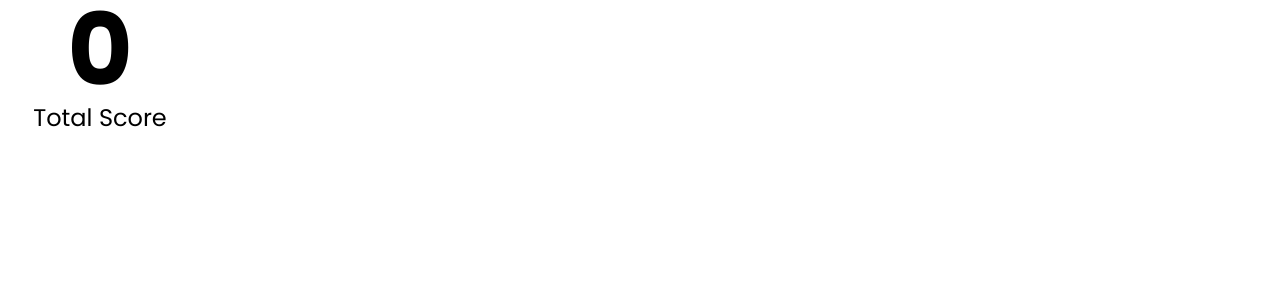
Repository: Wahid137/react-project-three
Page: /, after clicking the first element matching `button.sc-bRKDuR`
An editor plug-in stored every save of this project. The page is shown before and after the next save, followed by the edit.
The browser window is 1280 px wide. The pictures show the whole page.
The project was rebuilt for these pictures with package versions that can differ from the ones it lists, and the page was loaded fresh each time. Also part of the build but not shown: vite.config.js.

Above is the page before, as saved 2023-08-26 12:49:57.

After the next save:
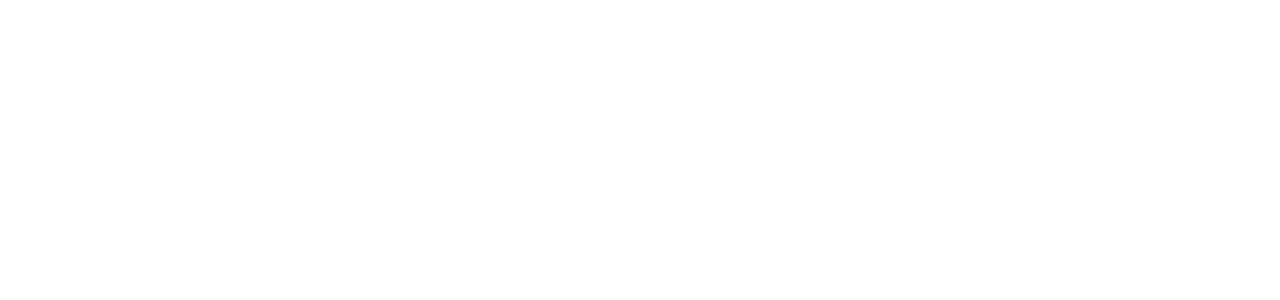
Console error: ReferenceError: myPropTypes is not defined
Saved 28 s later.
--- a/src/components/StartGame.jsx
+++ b/src/components/StartGame.jsx
@@ -17,7 +17,6 @@
   );
 };
 StartGame.propTypes = myPropTypes;
-var myPropTypes;
 
 export default StartGame;
 

After the save that followed:
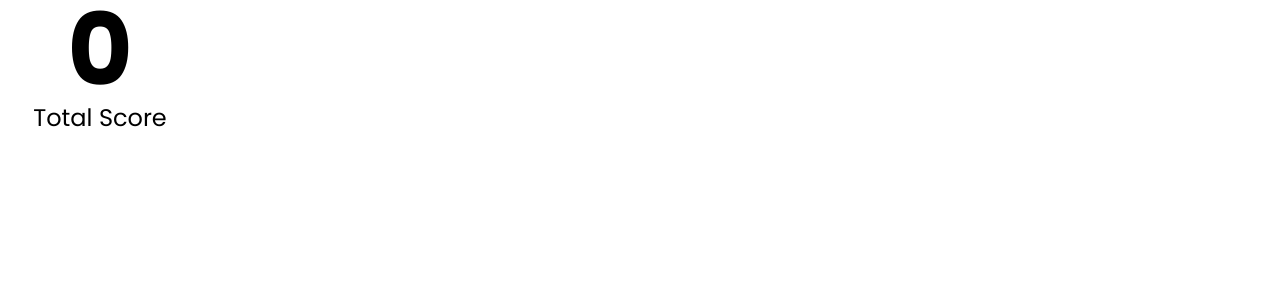
The error is gone.
Saved 21 s later.
--- a/src/components/StartGame.jsx
+++ b/src/components/StartGame.jsx
@@ -16,7 +16,6 @@
     </Container>
   );
 };
-StartGame.propTypes = myPropTypes;
 
 export default StartGame;
 
